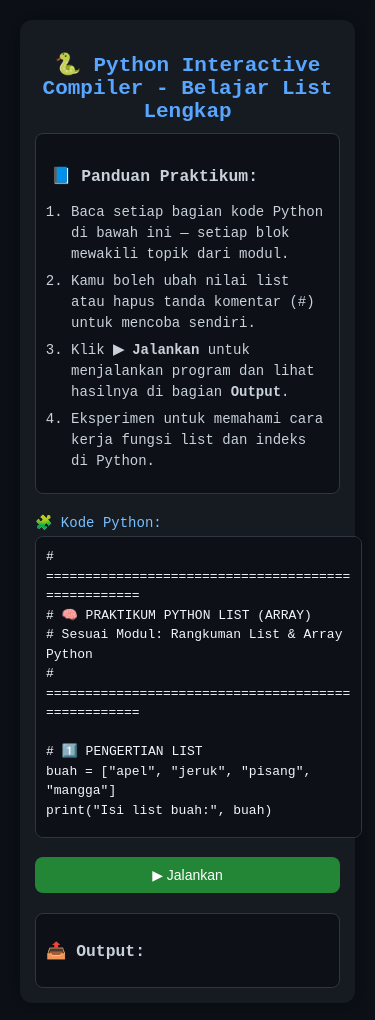
Repository: smkmutipugademak/Array
Page: index.html
An editor plug-in stored every save of this project. The page is shown before and after the next save, followed by the edit.
The browser window is 375 px wide. The pictures show the whole page.
An inner scrolling area shows only its first screen.

Above is the page before, as saved 2025-11-11 04:43:48.

After the next save:
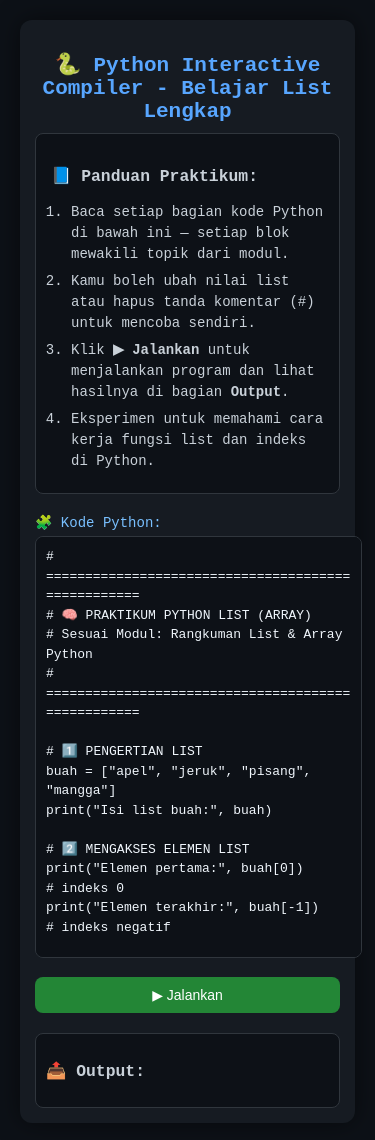
Saved 8 s later.
--- a/style.css
+++ b/style.css
@@ -1,4 +1,3 @@
-/* === Tampilan Utama === */
 body {
     background-color: #0d1117;
     color: #c9d1d9;
@@ -12,7 +11,6 @@ body {
     padding: 20px;
 }
 
-/* === Kotak Compiler === */
 .container {
     background-color: #161b22;
     padding: 20px;
@@ -22,14 +20,12 @@ body {
     box-shadow: 0 0 25px rgba(0, 0, 0, 0.5);
 }
 
-/* === Judul === */
 h2 {
     text-align: center;
     color: #58a6ff;
     margin-bottom: 10px;
 }
 
-/* === Petunjuk === */
 .instructions {
     background-color: #0d1117;
     border: 1px solid #30363d;
@@ -49,7 +45,6 @@ h2 {
     line-height: 1.5;
 }
 
-/* === Editor === */
 .editor-container label {
     display: block;
     margin-bottom: 5px;
@@ -59,7 +54,7 @@ h2 {
 
 textarea {
     width: 100%;
-    height: 350px;
+    height: 520px;
     background-color: #0d1117;
     color: #f0f6fc;
     border: 1px solid #30363d;
@@ -70,7 +65,6 @@ textarea {
     line-height: 1.5;
 }
 
-/* === Tombol === */
 button {
     display: block;
     margin: 15px auto 0;
@@ -88,7 +82,6 @@ button:hover {
     background-color: #2ea043;
 }
 
-/* === Output === */
 .output-container {
     margin-top: 20px;
     background-color: #0d1117;
@@ -103,7 +96,7 @@ pre {
     white-space: pre-wrap;
 }
 
-/* === Responsif === */
+/* Responsif */
 @media (max-width: 600px) {
     .container {
         width: 100%;
@@ -111,7 +104,7 @@ pre {
     }
 
     textarea {
-        height: 280px;
+        height: 400px;
         font-size: 13px;
     }
 
